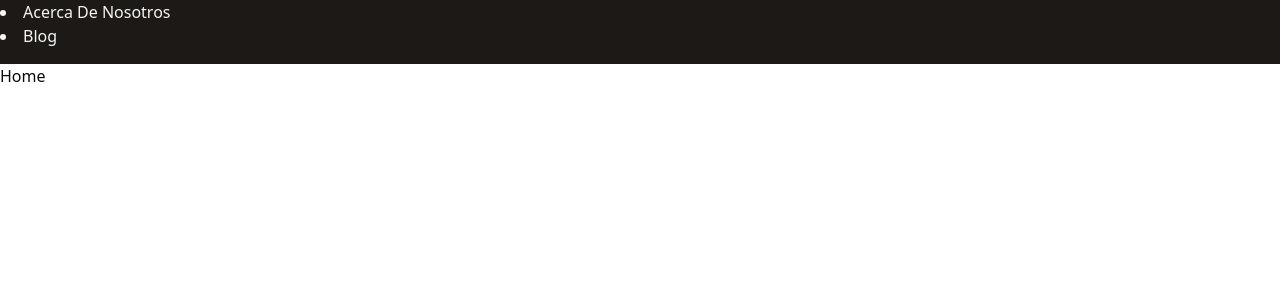
Repository: jefrydep/new-horizont-school
Page: /
These files come from the project's save history. The page is drawn as it stood at one moment and after the next save; the edit follows.
The browser window is 1280 px wide. The pictures show the whole page.
The project was rebuilt for these pictures with package versions that can differ from the ones it lists, and the page was loaded fresh each time. The framework's server and built-in components were replaced by stand-ins that run in the browser. Also part of the build but not shown: next.config.ts.

Above is the page before, as saved 2024-11-07 16:09:47.

### src/app/(new-horizont-school)/layout.tsx
// import type { Metadata } from "next";
// import localFont from "next/font/local";

import Navbar from "@/components/Navbar";

// const geistSans = localFont({
//   src: "./fonts/GeistVF.woff",
//   variable: "--font-geist-sans",
//   weight: "100 900",
// });
// const geistMono = localFont({
//   src: "./fonts/GeistMonoVF.woff",
//   variable: "--font-geist-mono",
//   weight: "100 900",
// });

// export const metadata: Metadata = {
//   title: "Create Next App",
//   description: "Generated by create next app",
// };

export default function SchoolLayout({
  children,
}: Readonly<{
  children: React.ReactNode;
}>) {
  return (
    <html lang="en">
      <body
      // className={`${geistSans.variable} ${geistMono.variable} antialiased`}
      >
        {children}
      </body>
    </html>
  );
}

### src/app/layout.tsx
import type { Metadata } from "next";
import localFont from "next/font/local";
import "./globals.css";
import Navbar from "@/components/Navbar";

const geistSans = localFont({
  src: "./fonts/GeistVF.woff",
  variable: "--font-geist-sans",
  weight: "100 900",
});
const geistMono = localFont({
  src: "./fonts/GeistMonoVF.woff",
  variable: "--font-geist-mono",
  weight: "100 900",
});

export const metadata: Metadata = {
  title: "Create Next App",
  description: "Generated by create next app",
};

export default function RootLayout({
  children,
}: Readonly<{
  children: React.ReactNode;
}>) {
  return (
    <html lang="en">
      <body
        className={`${geistSans.variable} ${geistMono.variable} antialiased`}
      >
        <Navbar/>
        {children}
      </body>
    </html>
  );
}

### src/app/globals.css
@tailwind base;
@tailwind components;
@tailwind utilities;

/* :root {
  --background: #ffffff;
  --foreground: #171717;
}

@media (prefers-color-scheme: dark) {
  :root {
    --background: #0a0a0a;
    --foreground: #ededed;
  }
}

body {
  color: var(--foreground);
  background: var(--background);
  font-family: Arial, Helvetica, sans-serif;
} */
@layer base {
  :root {
    --background: 0 0% 100%;
    --foreground: 20 14.3% 4.1%;
    --card: 0 0% 100%;
    --card-foreground: 20 14.3% 4.1%;
    --popover: 0 0% 100%;
    --popover-foreground: 20 14.3% 4.1%;
    --primary: 24 9.8% 10%;
    --primary-foreground: 60 9.1% 97.8%;
    --secondary: 60 4.8% 95.9%;
    --secondary-foreground: 24 9.8% 10%;
    --muted: 60 4.8% 95.9%;
    --muted-foreground: 25 5.3% 44.7%;
    --accent: 60 4.8% 95.9%;
    --accent-foreground: 24 9.8% 10%;
    --destructive: 0 84.2% 60.2%;
    --destructive-foreground: 60 9.1% 97.8%;
    --border: 20 5.9% 90%;
    --input: 20 5.9% 90%;
    --ring: 20 14.3% 4.1%;
    --chart-1: 12 76% 61%;
    --chart-2: 173 58% 39%;
    --chart-3: 197 37% 24%;
    --chart-4: 43 74% 66%;
    --chart-5: 27 87% 67%;
    --radius: 0.5rem
  }
  .dark {
    --background: 20 14.3% 4.1%;
    --foreground: 60 9.1% 97.8%;
    --card: 20 14.3% 4.1%;
    --card-foreground: 60 9.1% 97.8%;
    --popover: 20 14.3% 4.1%;
    --popover-foreground: 60 9.1% 97.8%;
    --primary: 60 9.1% 97.8%;
    --primary-foreground: 24 9.8% 10%;
    --secondary: 12 6.5% 15.1%;
    --secondary-foreground: 60 9.1% 97.8%;
    --muted: 12 6.5% 15.1%;
    --muted-foreground: 24 5.4% 63.9%;
    --accent: 12 6.5% 15.1%;
    --accent-foreground: 60 9.1% 97.8%;
    --destructive: 0 62.8% 30.6%;
    --destructive-foreground: 60 9.1% 97.8%;
    --border: 12 6.5% 15.1%;
    --input: 12 6.5% 15.1%;
    --ring: 24 5.7% 82.9%;
    --chart-1: 220 70% 50%;
    --chart-2: 160 60% 45%;
    --chart-3: 30 80% 55%;
    --chart-4: 280 65% 60%;
    --chart-5: 340 75% 55%
  }
}
@layer base {
  * {
    @apply border-border;
  }
  body {
    @apply bg-background text-foreground;
  }
}

### src/components/Navbar.tsx
import Link from "next/link";

export default function Navbar() {
  return (
    <header className="bg-primary h-16">
      <div>
        <nav className="outline-none">
          <li className="text-secondary">
            <Link href={"/about"}>Acerca De Nosotros</Link>
          </li>
          <li className="text-secondary">
            <Link href={"/blog"}>Blog</Link>
          </li>
        </nav>
        {/* <li className="text-secondary">
            <Link href={"/about"}>About</Link>
          </li> */}
      </div>
    </header>
  );
}

Loaded but not shown: src/app/(new-horizont-school)/page.tsx (common file); tailwind.config.ts (common file)

After the next save:
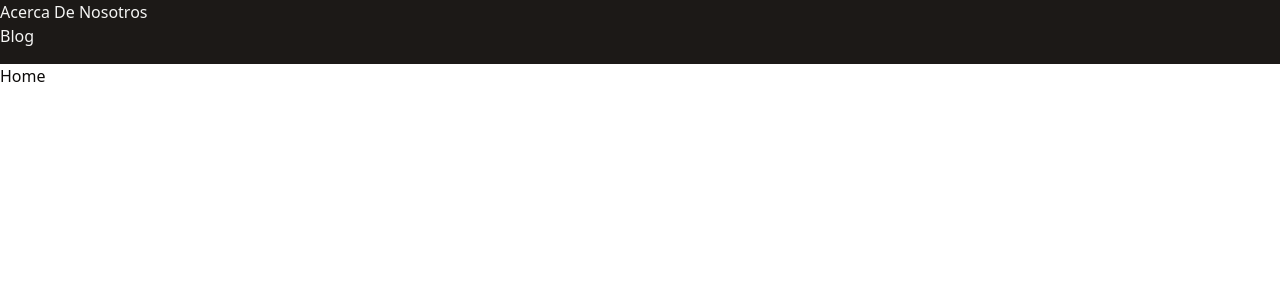
Saved 12 s later.
--- a/src/components/Navbar.tsx
+++ b/src/components/Navbar.tsx
@@ -4,7 +4,7 @@ export default function Navbar() {
   return (
     <header className="bg-primary h-16">
       <div>
-        <nav className="outline-none">
+        <nav className="outline-none list-none">
           <li className="text-secondary">
             <Link href={"/about"}>Acerca De Nosotros</Link>
           </li>
